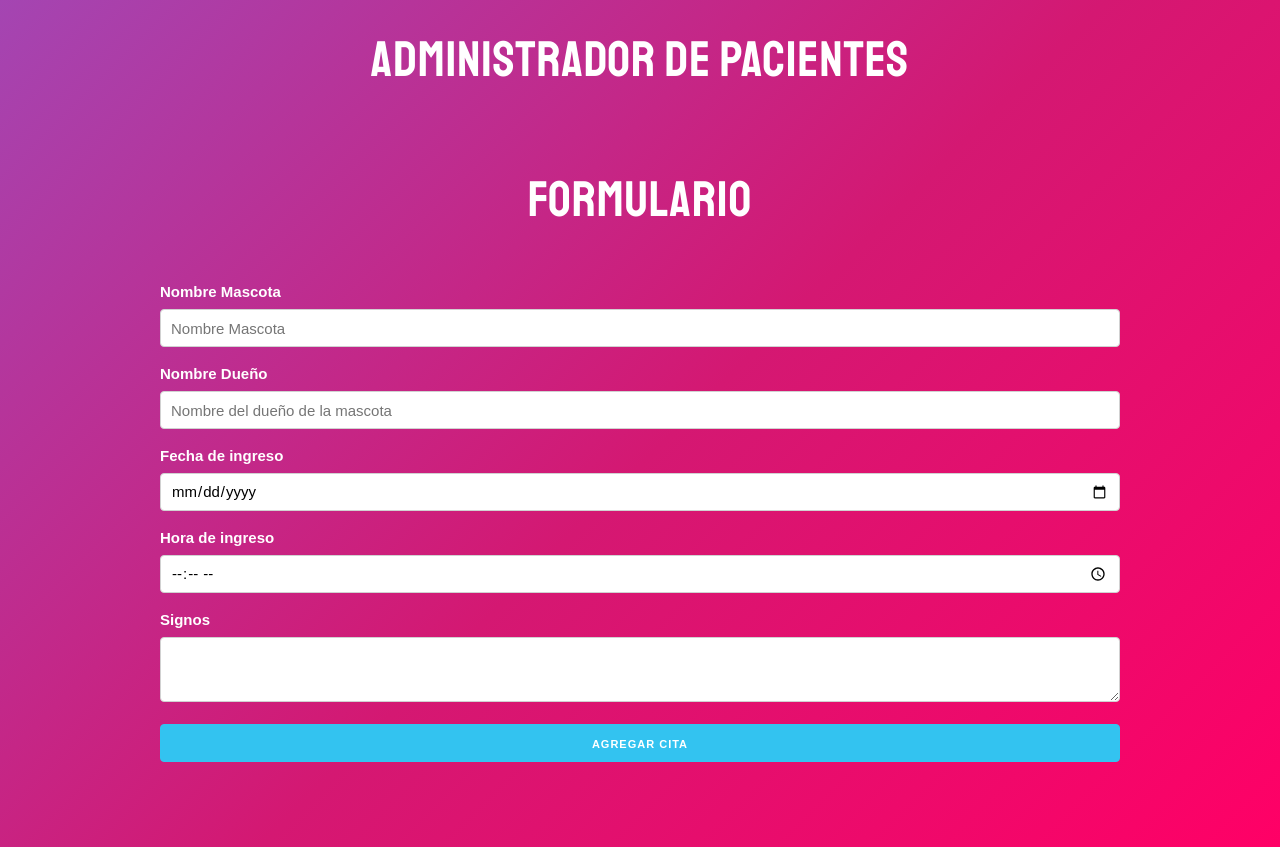
Repository: leonmezu1/react-jdlt
Page: /
The author's editor kept a copy of each file at every save. The page is drawn from the files as they stood at one save, then again after the next save.
The browser window is 1280 px wide. The pictures show the whole page.
The project was rebuilt for these pictures with package versions that can differ from the ones it lists, and the page was loaded fresh each time. Also part of the build but not shown: src/components/Cita.js.

Above is the page before, as saved 2020-10-06 09:52:22.

After the next save:
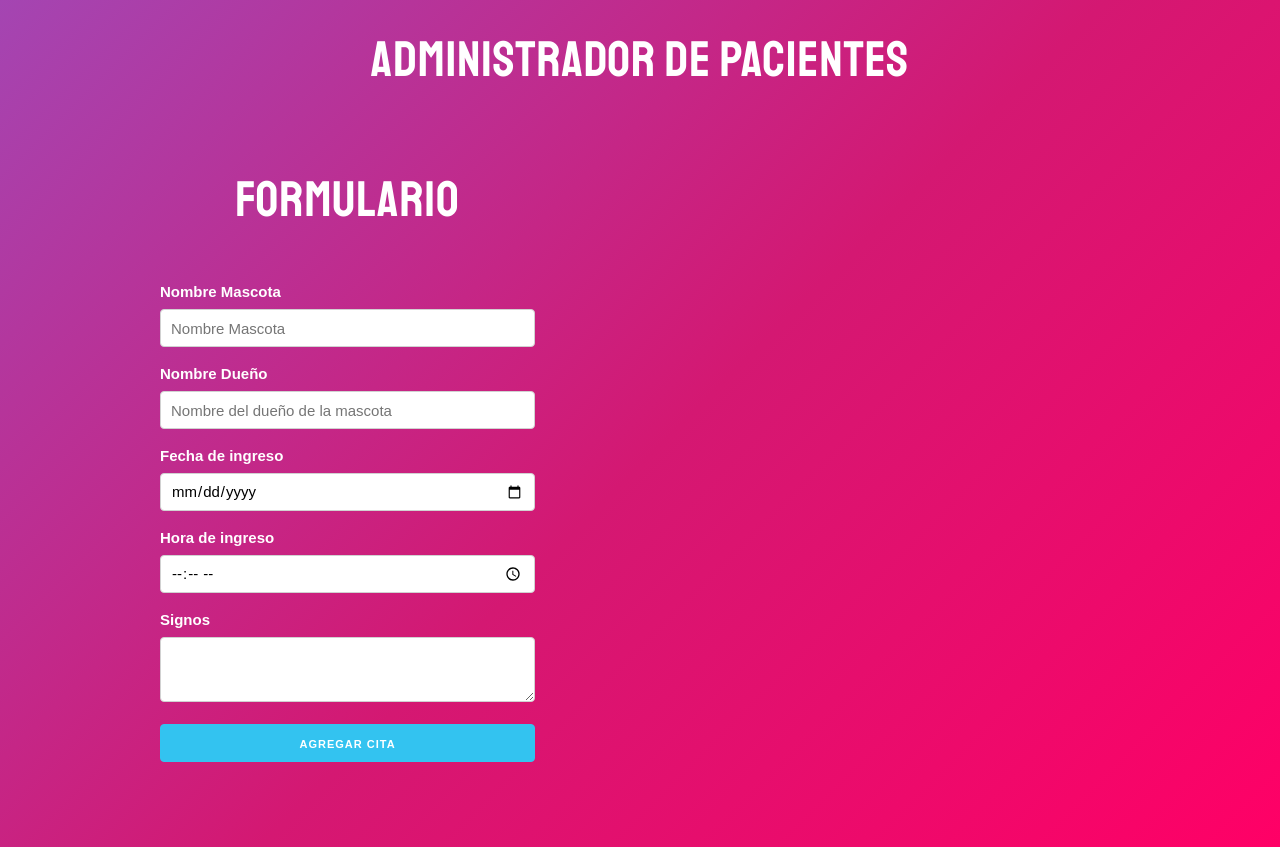
Saved 86 s later.
--- a/src/index.css
+++ b/src/index.css
@@ -18,6 +18,9 @@ h1, h2  {
 
   font-family: 'Staatliches', cursive;
   letter-spacing: 1px;
+}
+.row {
+  display: flex;
 }
 .lista-citas .media {
   border-bottom: 1px solid #e1e1e1;
